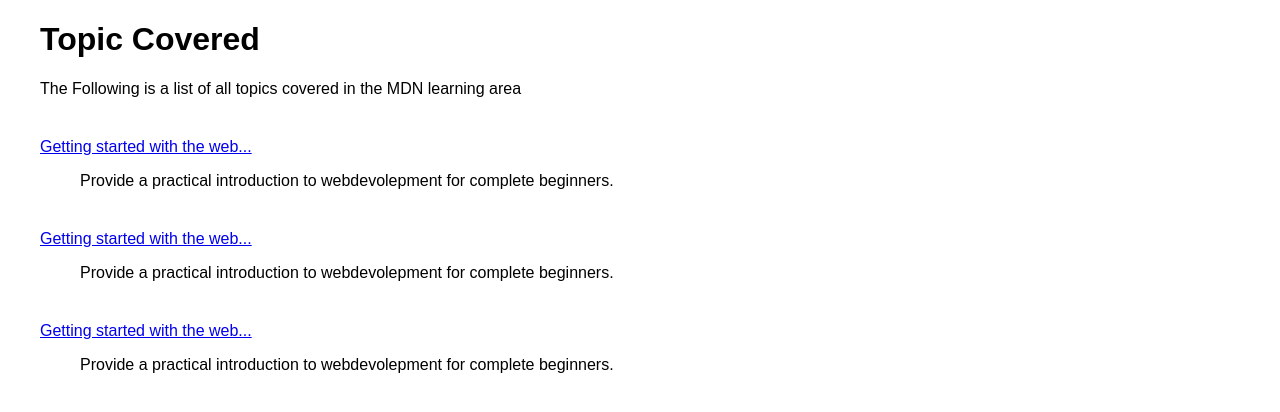
Repository: sriram1224/ReactProjects.github.io
Page: Assignments/Assignment1/index.html
An editor plug-in stored every save of this project. The page is shown before and after the next save, followed by the edit.
The browser window is 1280 px wide. The pictures show the whole page.

Above is the page before, as saved 2024-03-01 10:07:56.

After the next save:
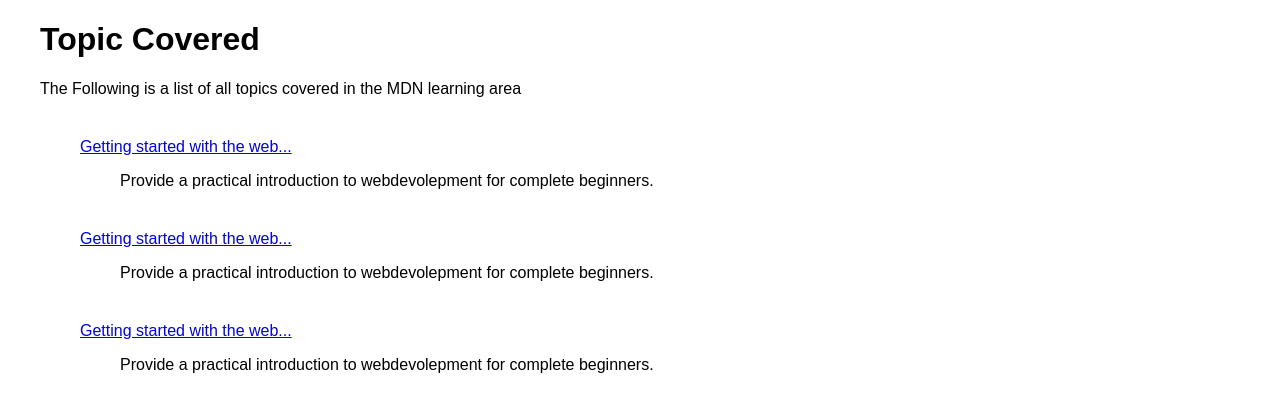
Saved 42 s later.
--- a/Assignments/Assignment1/index.html
+++ b/Assignments/Assignment1/index.html
@@ -13,7 +13,9 @@
       margin-bottom: 40px;
       list-style: none;
     }
-
+    #div{
+      margin-left: 40px;
+    }
 
   </style>
 </head>
